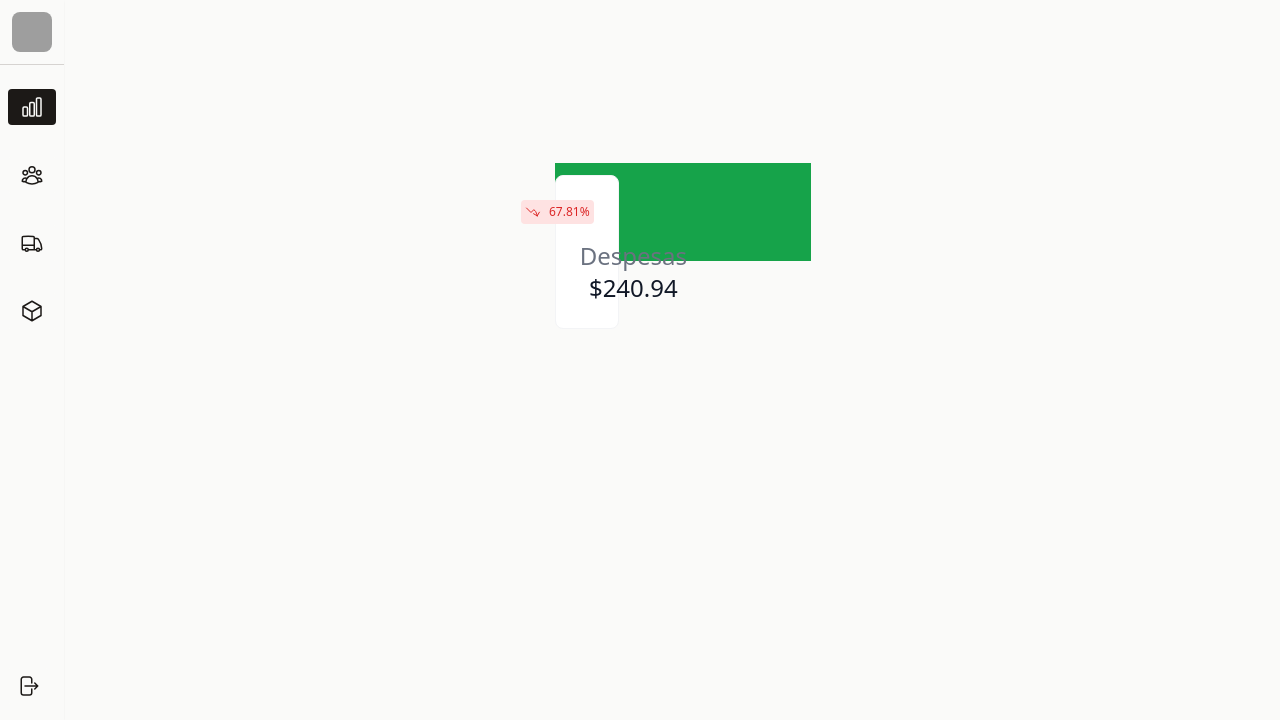
Repository: XavierOtavio/Cuzinhas
Page: /dashboard
The author's editor kept a copy of each file at every save. The page is drawn from the files as they stood at one save, then again after the next save.
The browser window is 1280 px wide. The pictures show the whole page.
Pictures or frames that could not be fetched are drawn as grey boxes. The project was rebuilt for these pictures with package versions that can differ from the ones it lists, and the page was loaded fresh each time. Also part of the build but not shown: src/components/Orders.js, src/components/Employees.js, src/components/Login.js, src/components/Register.js, src/components/Home.js, src/components/Logotipo.js, src/components/Header.js, src/components/Footer.js and 1 more.

Above is the page before, as saved 2023-03-08 18:34:29.

### src/App.js
import { Route, Routes } from "react-router-dom";
import LayoutBackend from "./components/LayoutBackend";
import Dashboard from "./components/Dashboard";
import Orders from "./components/Orders";
import Employees from "./components/Employees";
import Login from "./components/Login";
import Register from "./components/Register";
import Home from "./components/Home";
import LayoutFront from "./components/LayoutFront";

function App() {
  return (
    <div className="App">
      <Routes>
        <Route path="/dashboard" element={<LayoutBackend />}>
          <Route path="" element={<Dashboard />} />
          <Route path="orders" element={<Orders />} />
          <Route path="employees" element={<Employees />} />
        </Route>
        <Route path="" element={<LayoutFront />}>
          <Route path="/" element={<Home />} />
        </Route>
        <Route path="/login" element={<Login />} />
        <Route path="/register" element={<Register />} />
      </Routes>
    </div>
  );
}

export default App;

### src/components/LayoutBackend.js
import React from "react";
import SideBar from "./SideBar";
import { Outlet } from "react-router-dom";

export default function LayoutBackend() {
  return (
    <>
      <div className="absolute h-screen w-screen">
        <SideBar />
        <div className="relative flex h-full items-center justify-center bg-stone-50">
          <Outlet />
        </div>
      </div>
    </>
  );
}

### src/components/Dashboard.js
import React from "react";
import {
  ArrowTrendingUpIcon,
  ArrowTrendingDownIcon,
} from "@heroicons/react/24/outline";

export default function Dashboard() {
  return (
    <div className="absolute inset-0 mx-32 my-16 grid grid-cols-12 grid-rows-6">
      <div className="row-start-2 row-end-3 col-start-6 col-end-9 bg-green-600">
        <button class="flex flex-col gap-4 rounded-lg border border-gray-100 bg-white p-6 w-3/12 my-3">
          <div class="inline-flex gap-2 self-end rounded bg-red-100 p-1 text-red-600">
            <ArrowTrendingDownIcon className="h-4 w-4" />

            <span class="text-xs font-medium"> 67.81% </span>
          </div>

          <div>
            <strong class="block text-left text-2xl font-medium text-gray-500">
              Despesas
            </strong>

            <p>
              <span class="text-2xl font-medium text-gray-900"> $240.94 </span>
            </p>
          </div>
        </button>
      </div>
    </div>
  );
}

### src/components/SideBar.js
import React from "react";
import { Link, useLocation } from "react-router-dom";
import {
  ArrowRightOnRectangleIcon,
  ChartBarIcon,
  CubeIcon,
  TruckIcon,
  UserGroupIcon,
} from "@heroicons/react/24/outline";

export default function SideBar() {
  const location = useLocation();
  return (
    <div className="absolute inset-y-0 left-0 z-10 w-16 shadow-sm bg-stone-50">
      <div>
        <div className="inline-flex h-16 w-16 items-center justify-center">
          <Link
            to="/profile"
            className="group relative flex justify-center rounded"
          >
            <img
              alt="user"
              className="rounded-lg h-10 w-10"
              src="https://cdn.discordapp.com/attachments/1082425024104894666/1082799435727253584/xSVMV6xD9Cf7K56wjeEF--1--2htnr.jpg"
            />
            <span className="absolute left-full text-left whitespace-nowrap top-1/2 ml-4 -translate-y-1/2 rounded bg-stone-900 px-2 py-1.5 text-xs font-medium text-stone-50 opacity-0 group-hover:opacity-100">
              Perfil <p className="font-light">Xavier Otávio</p>
            </span>
          </Link>
        </div>
        <div className="border-t border-stone-300">
          <nav aria-label="Main" className="flex flex-col p-2">
            <div className="py-4">
              <Link
                to="/dashboard"
                className={`group relative flex  justify-center rounded  px-2 py-1.5  ${
                  location.pathname === "/dashboard"
                    ? "bg-stone-900 text-stone-50"
                    : "bg-stone-50 text-stone-900"
                }`}
              >
                <ChartBarIcon className="h-6 w-6" />
                <span className="absolute left-full top-1/2 ml-4 -translate-y-1/2 rounded bg-stone-900 px-2 py-1.5 text-xs font-medium text-stone-50 opacity-0 group-hover:opacity-100">
                  Dashboard
                </span>
              </Link>
            </div>
            <div className="py-4">
              <Link
                to="/dashboard/employees"
                className={`group relative flex  justify-center rounded  px-2 py-1.5  ${
                  location.pathname === "/dashboard/employees"
                    ? "bg-stone-900 text-stone-50"
                    : "bg-stone-50 text-stone-900"
                }`}
              >
                <UserGroupIcon className="h-6 w-6" />
                <span className="absolute left-full top-1/2 ml-4 -translate-y-1/2 rounded bg-stone-900 px-2 py-1.5 text-xs font-medium text-stone-50 opacity-0 group-hover:opacity-100">
                  Empregados
                </span>
              </Link>
            </div>
            <div className="py-4">
              <Link
                to="/dashboard/orders"
                className={`group relative flex  justify-center rounded  px-2 py-1.5  ${
                  location.pathname === "/dashboard/orders"
                    ? "bg-stone-900 text-stone-50"
                    : "bg-stone-50 text-stone-900"
                }`}
              >
                <TruckIcon className="h-6 w-6" />
                <span className="absolute left-full top-1/2 ml-4 -translate-y-1/2 rounded bg-stone-900 px-2 py-1.5 text-xs font-medium text-stone-50 opacity-0 group-hover:opacity-100">
                  Encomendas
                </span>
              </Link>
            </div>
            <div className="py-4">
              <Link
                to="/dashboard/stock"
                className={`group relative flex  justify-center rounded  px-2 py-1.5  ${
                  location.pathname === "/dashboard/stock"
                    ? "bg-stone-900 text-stone-50"
                    : "bg-stone-50 text-stone-900"
                }`}
              >
                <CubeIcon className="h-6 w-6" />
                <span className="absolute left-full top-1/2 ml-4 -translate-y-1/2 rounded bg-stone-900 px-2 py-1.5 text-xs font-medium text-stone-50 opacity-0 group-hover:opacity-100">
                  Matérias-primas
                </span>
              </Link>
            </div>
            <div className="py-4 bottom-0 absolute">
              <Link
                to="/"
                className="group relative flex  justify-center rounded bg-stone-50 px-2 py-1.5 text-stone-900"
              >
                <ArrowRightOnRectangleIcon className="h-6 w-6" />
                <span className="absolute left-full top-1/2 ml-4 -translate-y-1/2 rounded bg-stone-900 px-2 py-1.5 text-xs font-medium text-stone-50 opacity-0 group-hover:opacity-100">
                  Sair
                </span>
              </Link>
            </div>
          </nav>
        </div>
      </div>
    </div>
  );
}

Loaded but not shown: public/index.html (common file); src/index.js (common file); src/index.css (common file); src/reportWebVitals.js (common file); tailwind.config.js (common file)

After the next save:
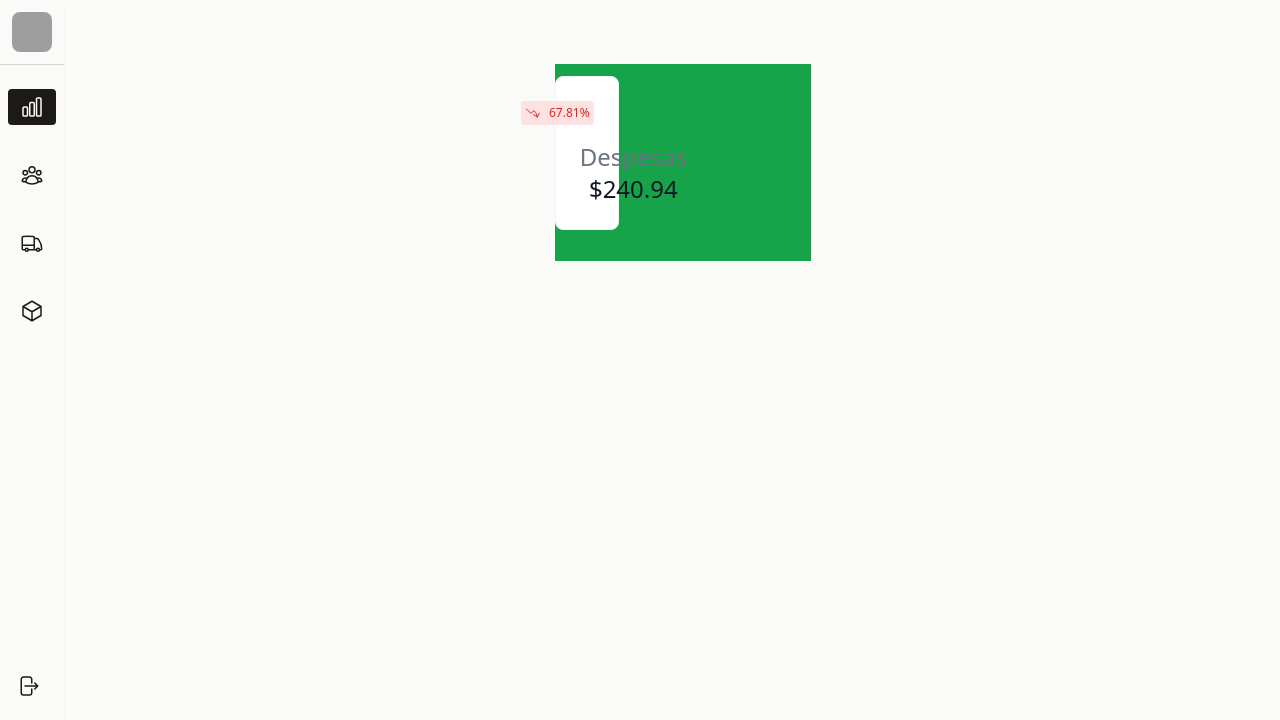
Saved 64 s later.
--- a/src/components/Dashboard.js
+++ b/src/components/Dashboard.js
@@ -7,7 +7,7 @@ import {
 export default function Dashboard() {
   return (
     <div className="absolute inset-0 mx-32 my-16 grid grid-cols-12 grid-rows-6">
-      <div className="row-start-2 row-end-3 col-start-6 col-end-9 bg-green-600">
+      <div className="row-start-1 row-end-3 col-start-6 col-end-9 bg-green-600">
         <button class="flex flex-col gap-4 rounded-lg border border-gray-100 bg-white p-6 w-3/12 my-3">
           <div class="inline-flex gap-2 self-end rounded bg-red-100 p-1 text-red-600">
             <ArrowTrendingDownIcon className="h-4 w-4" />
